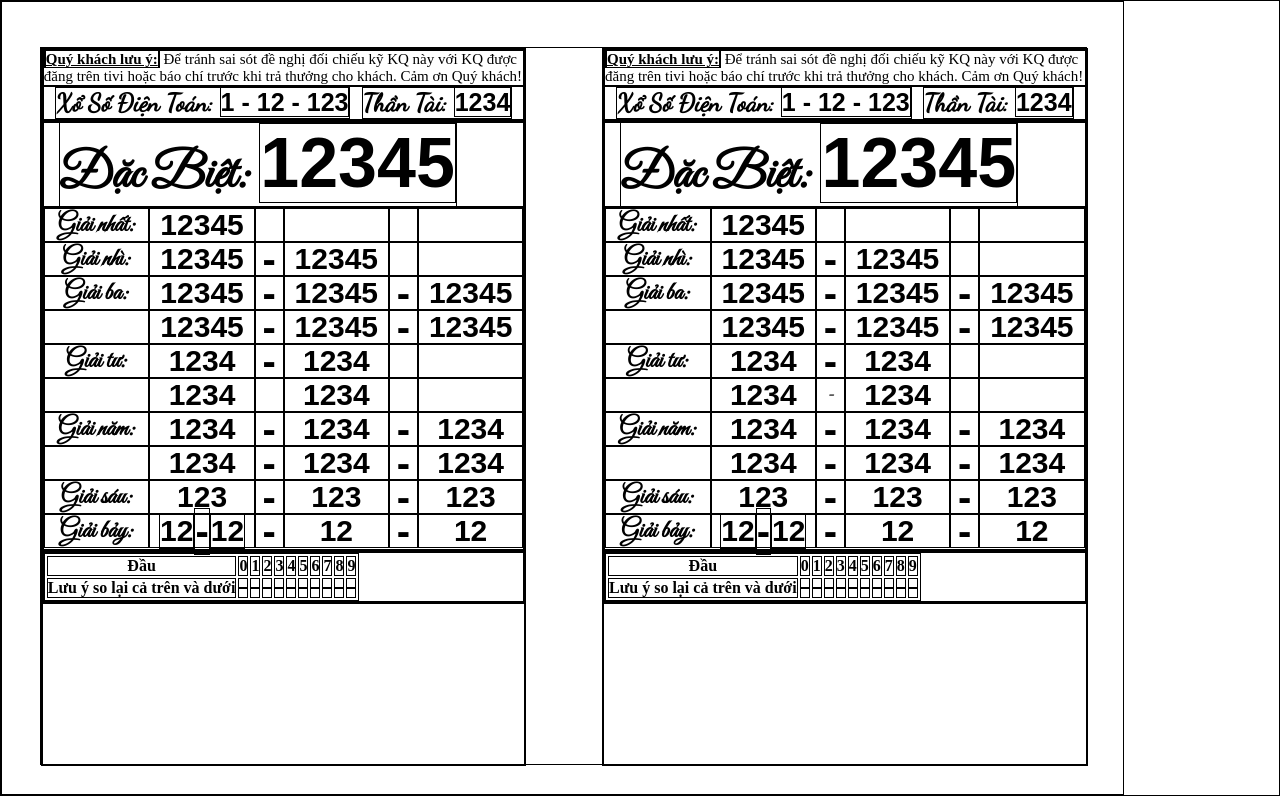
Repository: AnhDuc0125/xskt123
Page: index.html
An editor plug-in stored every save of this project. The page is shown before and after the next save, followed by the edit.
The browser window is 1280 px wide. The pictures show the whole page.
Some web fonts or font styles are not loaded; a fallback is used.

Above is the page before, as saved 2022-01-29 17:36:32.

### index.html
<!DOCTYPE html>
<html lang="en">
  <head>
    <meta charset="UTF-8" />
    <meta http-equiv="X-UA-Compatible" content="IE=edge" />
    <meta name="viewport" content="width=device-width, initial-scale=1.0" />
    <link rel="stylesheet" href="style.css" />
    <title>Document</title>
  </head>
  <body>
    <div class="boxed__container">
      <div class="boxed--1">
        <div class="header">
          <div class="header--1">
            <b><u>Quý khách lưu ý:</u></b> Để tránh sai sót đề nghị đối chiếu kỹ
            KQ này với KQ được đăng trên tivi hoặc báo chí trước khi trả thưởng
            cho khách. Cảm ơn Quý khách!
          </div>
          <div class="header--2">
            <div class="dienToan">
              Xổ Số Điện Toán:
              <span id="data__dienToan--1">1 - 12 - 123</span>
            </div>
            <div class="thanTai">
              Thần Tài: <span id="data__thanTai--1">1234</span>
            </div>
          </div>
        </div>

        <div class="body">
          <div class="body--1">
            <div class="dacBiet">
              Đặc Biệt:
              <span id="data__dacBiet">12345</span>
            </div>
          </div>
          <div class="body--2">
            <!-- row1 -->
            <div class="body__item body__name">Giải nhất:</div>
            <div class="body__item data__body">12345</div>
            <div class="body__item"></div>
            <div class="body__item"></div>
            <div class="body__item"></div>
            <div class="body__item"></div>
            <!-- row2 -->
            <div class="body__item body__name">Giải nhì:</div>
            <div class="body__item data__body">12345</div>
            <div class="body__item space">-</div>
            <div class="body__item data__body">12345</div>
            <div class="body__item"></div>
            <div class="body__item"></div>
            <!-- row3 -->
            <div class="body__item body__name">Giải ba:</div>
            <div class="body__item data__body">12345</div>
            <div class="body__item space">-</div>
            <div class="body__item data__body">12345</div>
            <div class="body__item space">-</div>
            <div class="body__item data__body">12345</div>
            <!-- row4 -->
            <div class="body__item"></div>
            <div class="body__item data__body">12345</div>
            <div class="body__item space">-</div>
            <div class="body__item data__body">12345</div>
            <div class="body__item space">-</div>
            <div class="body__item data__body">12345</div>
            <!-- row5 -->
            <div class="body__item body__name">Giải tư:</div>
            <div class="body__item data__body">1234</div>
            <div class="body__item space">-</div>
            <div class="body__item data__body">1234</div>
            <div class="body__item"></div>
            <div class="body__item"></div>
            <!-- row6 -->
            <div class="body__item"></div>
            <div class="body__item data__body">1234</div>
            <div class="body__item"></div>
            <div class="body__item data__body">1234</div>
            <div class="body__item"></div>
            <div class="body__item"></div>
            <!-- row7 -->
            <div class="body__item body__name">Giải năm:</div>
            <div class="body__item data__body">1234</div>
            <div class="body__item space">-</div>
            <div class="body__item data__body">1234</div>
            <div class="body__item space">-</div>
            <div class="body__item data__body">1234</div>
            <!-- row8 -->
            <div class="body__item"></div>
            <div class="body__item data__body">1234</div>
            <div class="body__item space">-</div>
            <div class="body__item data__body">1234</div>
            <div class="body__item space">-</div>
            <div class="body__item data__body">1234</div>
            <!-- row9 -->
            <div class="body__item body__name">Giải sáu:</div>
            <div class="body__item data__body">123</div>
            <div class="body__item space">-</div>
            <div class="body__item data__body">123</div>
            <div class="body__item space">-</div>
            <div class="body__item data__body">123</div>
            <!-- row10 -->
            <div class="body__item body__name">Giải bảy:</div>
            <div class="body__item">
              <span class="data__body">12</span>
              <span class="space">-</span>
              <span class="data__body">12</span>
            </div>
            <div class="body__item space">-</div>
            <div class="body__item data__body">12</div>
            <div class="body__item space">-</div>
            <div class="body__item data__body">12</div>
          </div>
        </div>

        <div class="footer">
          <div class="footer--1">
            <table>
              <tr>
                <th class="head-footer1 fontStyle">Đầu</th>
                <th>0</th>
                <th>1</th>
                <th>2</th>
                <th>3</th>
                <th>4</th>
                <th>5</th>
                <th>6</th>
                <th>7</th>
                <th>8</th>
                <th>9</th>
              </tr>
              <tr class="tr-class">
                <th class="head-footer">Lưu ý so lại cả trên và dưới</th>
                <th class="data-fill-table">
                  <ul id="col-0"></ul>
                </th>
                <th class="data-fill-table">
                  <ul id="col-1"></ul>
                </th>
                <th class="data-fill-table">
                  <ul id="col-2"></ul>
                </th>
                <th class="data-fill-table">
                  <ul id="col-3"></ul>
                </th>
                <th class="data-fill-table">
                  <ul id="col-4"></ul>
                </th>
                <th class="data-fill-table">
                  <ul id="col-5"></ul>
                </th>
                <th class="data-fill-table">
                  <ul id="col-6"></ul>
                </th>
                <th class="data-fill-table">
                  <ul id="col-7"></ul>
                </th>
                <th class="data-fill-table">
                  <ul id="col-8"></ul>
                </th>
                <th class="data-fill-table">
                  <ul id="col-9"></ul>
                </th>
              </tr>
            </table>
          </div>
          <div class="footer--2"></div>
        </div>
      </div>
      <div class="boxed--2">
        <div class="header">
          <div class="header--1">
            <b><u>Quý khách lưu ý:</u></b> Để tránh sai sót đề nghị đối chiếu kỹ
            KQ này với KQ được đăng trên tivi hoặc báo chí trước khi trả thưởng
            cho khách. Cảm ơn Quý khách!
          </div>
          <div class="header--2">
            <div class="dienToan">
              Xổ Số Điện Toán:
              <span id="data__dienToan--2">1 - 12 - 123</span>
            </div>
            <div class="thanTai">
              Thần Tài: <span id="data__thanTai--2">1234</span>
            </div>
          </div>
        </div>

        <div class="body">
          <div class="body--1">
            <div class="dacBiet">
              Đặc Biệt:
              <span id="data__dacBiet">12345</span>
            </div>
          </div>
          <div class="body--2">
            <!-- row1 -->
            <div class="body__item body__name">Giải nhất:</div>
            <div class="body__item data__body">12345</div>
            <div class="body__item"></div>
            <div class="body__item"></div>
            <div class="body__item"></div>
            <div class="body__item"></div>
            <!-- row2 -->
            <div class="body__item body__name">Giải nhì:</div>
            <div class="body__item data__body">12345</div>
            <div class="body__item space">-</div>
            <div class="body__item data__body">12345</div>
            <div class="body__item"></div>
            <div class="body__item"></div>
            <!-- row3 -->
            <div class="body__item body__name">Giải ba:</div>
            <div class="body__item data__body">12345</div>
            <div class="body__item space">-</div>
            <div class="body__item data__body">12345</div>
            <div class="body__item space">-</div>
            <div class="body__item data__body">12345</div>
            <!-- row4 -->
            <div class="body__item"></div>
            <div class="body__item data__body">12345</div>
            <div class="body__item space">-</div>
            <div class="body__item data__body">12345</div>
            <div class="body__item space">-</div>
            <div class="body__item data__body">12345</div>
            <!-- row5 -->
            <div class="body__item body__name">Giải tư:</div>
            <div class="body__item data__body">1234</div>
            <div class="body__item space">-</div>
            <div class="body__item data__body">1234</div>
            <div class="body__item"></div>
            <div class="body__item"></div>
            <!-- row6 -->
            <div class="body__item"></div>
            <div class="body__item data__body">1234</div>
            <div class="body__item">-</div>
            <div class="body__item data__body">1234</div>
            <div class="body__item"></div>
            <div class="body__item"></div>
            <!-- row7 -->
            <div class="body__item body__name">Giải năm:</div>
            <div class="body__item data__body">1234</div>
            <div class="body__item space">-</div>
            <div class="body__item data__body">1234</div>
            <div class="body__item space">-</div>
            <div class="body__item data__body">1234</div>
            <!-- row8 -->
            <div class="body__item"></div>
            <div class="body__item data__body">1234</div>
            <div class="body__item space">-</div>
            <div class="body__item data__body">1234</div>
            <div class="body__item space">-</div>
            <div class="body__item data__body">1234</div>
            <!-- row9 -->
            <div class="body__item body__name">Giải sáu:</div>
            <div class="body__item data__body">123</div>
            <div class="body__item space">-</div>
            <div class="body__item data__body">123</div>
            <div class="body__item space">-</div>
            <div class="body__item data__body">123</div>
            <!-- row10 -->
            <div class="body__item body__name">Giải bảy:</div>
            <div class="body__item">
              <span class="data__body">12</span>
              <span class="space">-</span>
              <span class="data__body">12</span>
            </div>
            <div class="body__item space">-</div>
            <div class="body__item data__body">12</div>
            <div class="body__item space">-</div>
            <div class="body__item data__body">12</div>
          </div>
        </div>

        <div class="footer">
          <div class="footer--1">
            <table>
              <tr>
                <th class="head-footer1 fontStyle">Đầu</th>
                <th>0</th>
                <th>1</th>
                <th>2</th>
                <th>3</th>
                <th>4</th>
                <th>5</th>
                <th>6</th>
                <th>7</th>
                <th>8</th>
                <th>9</th>
              </tr>
              <tr class="tr-class">
                <th class="head-footer">Lưu ý so lại cả trên và dưới</th>
                <th class="data-fill-table">
                  <ul id="col-0--1"></ul>
                </th>
                <th class="data-fill-table">
                  <ul id="col-1--1"></ul>
                </th>
                <th class="data-fill-table">
                  <ul id="col-2--1"></ul>
                </th>
                <th class="data-fill-table">
                  <ul id="col-3--1"></ul>
                </th>
                <th class="data-fill-table">
                  <ul id="col-4--1"></ul>
                </th>
                <th class="data-fill-table">
                  <ul id="col-5--1"></ul>
                </th>
                <th class="data-fill-table">
                  <ul id="col-6--1"></ul>
                </th>
                <th class="data-fill-table">
                  <ul id="col-7--1"></ul>
                </th>
                <th class="data-fill-table">
                  <ul id="col-8--1"></ul>
                </th>
                <th class="data-fill-table">
                  <ul id="col-9--1"></ul>
                </th>
              </tr>
            </table>
          </div>
          <div class="footer--2"></div>
        </div>
      </div>
    </div>
  </body>
</html>

### style.css
@import url("https://fonts.googleapis.com/css2?family=Great+Vibes&display=swap");
@import url("https://fonts.googleapis.com/css2?family=Dancing+Script&display=swap");
@import url("https://fonts.googleapis.com/css2?family=Andada+Pro:ital,wght@1,800&display=swap");

* {
  margin: 0;
  padding: 0;
  box-sizing: border-box;
  border: 1px solid black;
}

body {
  width: 29.7cm;
  height: 21cm;
}

.boxed__container {
  width: 27.7cm;
  height: 19cm;
  margin: 1.2cm 1cm 0.8cm;
  display: grid;
  grid-template-columns: 12.85cm 12.85cm;
  grid-template-rows: 19cm;
  column-gap: 2cm;
}

.boxed--1,
.boxed--2 {
  width: 12.85cm;
  height: 19cm;
}

/* header css*/
.header {
  width: 100%;
  height: 10%;
}

.header--1 {
  font-size: 15px;
}

.header--2 {
  font-family: "Dancing Script", cursive;
  font-weight: bold;
  font-size: 25px;
  display: flex;
  justify-content: space-evenly;
}

/* data css */
#data__dienToan--1,
#data__thanTai--1,
#data__dienToan--2,
#data__thanTai--2,
#data__dacBiet,
.data__body {
  font-family: arial;
}

#data__dacBiet {
  font-size: 70px;
}

.space {
  font-family: Arial, Helvetica, sans-serif;
  font-size: 40px;
}

.data__body {
  font-size: 30px;
}

/* body css*/
.body {
  width: 100%;
  height: 60%;
  font-family: "Great Vibes", cursive;
  font-weight: bold;
}

.body--1 {
  width: 100%;
  height: 20%;
  display: flex;
  align-items: center;
}

.body--1 .dacBiet {
  font-size: 50px;
  margin-left: 15px;
}

.body--2 {
  width: 100%;
  height: 80%;
  display: grid;
  grid-template-columns: 22% 22% 6% 22% 6% 22%;
  grid-template-rows: 10% 10% 10% 10% 10% 10% 10% 10% 10% 10%;
}

.body--2 .body__item {
  display: flex;
  justify-content: center;
  align-items: center;
}

.body--2 .body__item.body__name {
  font-size: 25px;
}

.body--2 .body__item.data__body {
  text-align: right;
}

.footer {
  width: 100%;
  height: 30%;
}

After the next save:
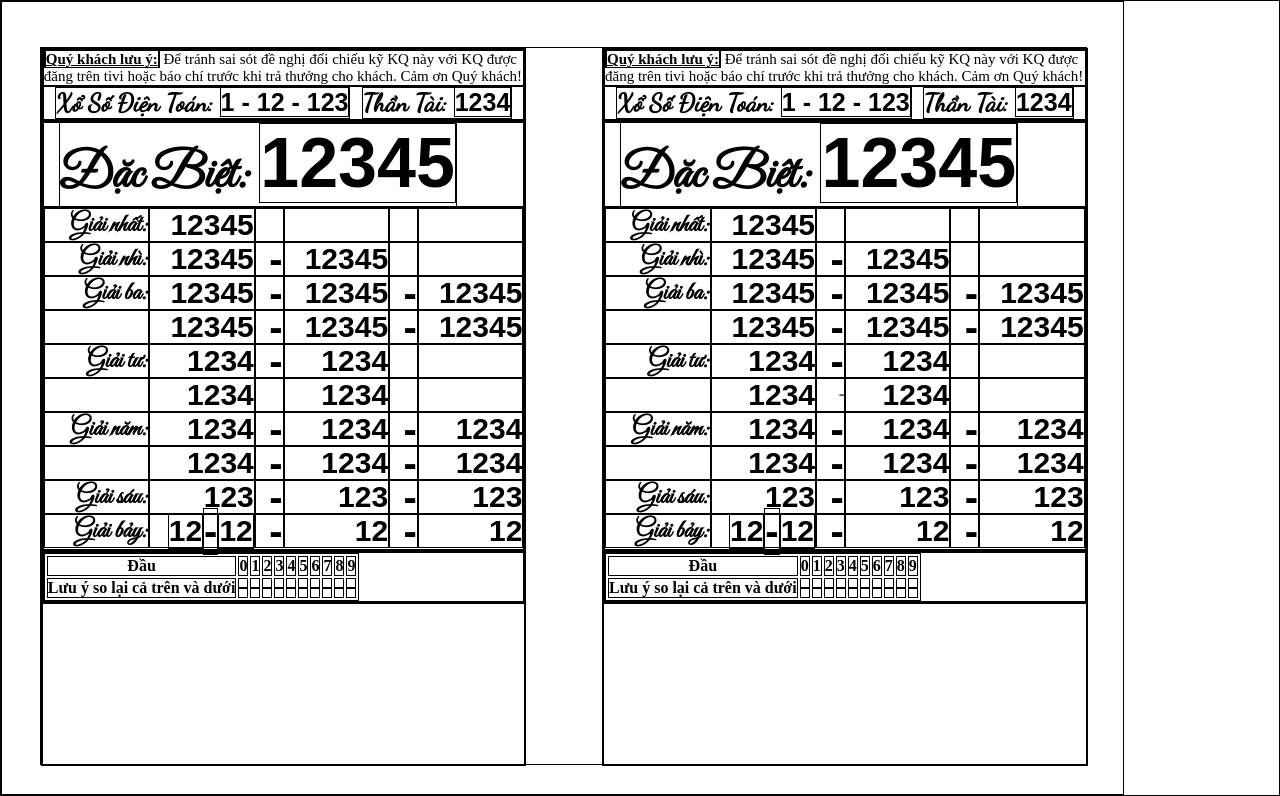
Saved 22 s later.
--- a/style.css
+++ b/style.css
@@ -101,7 +101,7 @@ body {
 
 .body--2 .body__item {
   display: flex;
-  justify-content: center;
+  justify-content: right;
   align-items: center;
 }
 
@@ -109,9 +109,9 @@ body {
   font-size: 25px;
 }
 
-.body--2 .body__item.data__body {
+/* .body--2 .body__item.data__body {
   text-align: right;
-}
+} */
 
 .footer {
   width: 100%;
